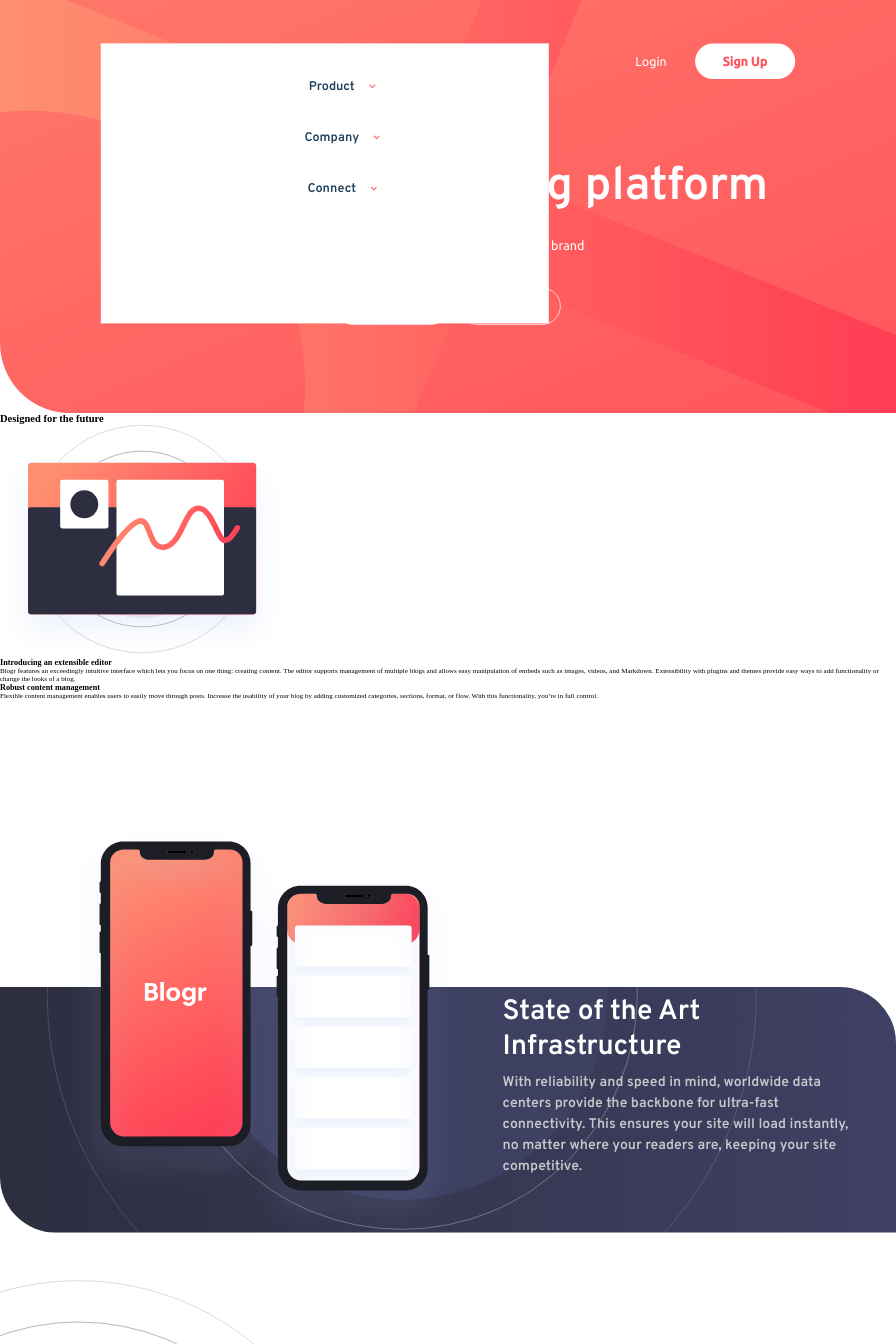
Repository: tomas938/tomaspage3
Page: index.html
The author's editor kept a copy of each file at every save. The page is drawn from the files as they stood at one save, then again after the next save.
The browser window is 1280 px wide. The pictures show the part of the page from y = 0 to 1920 px (the page is 3157 px tall), at 70% of full size.
The style sheet was rebuilt from its Sass, Less or Tailwind sources for each picture, by a compiler version that may differ from the author's.

Above is the page before, as saved 2021-07-30 17:12:35.

After the next save:
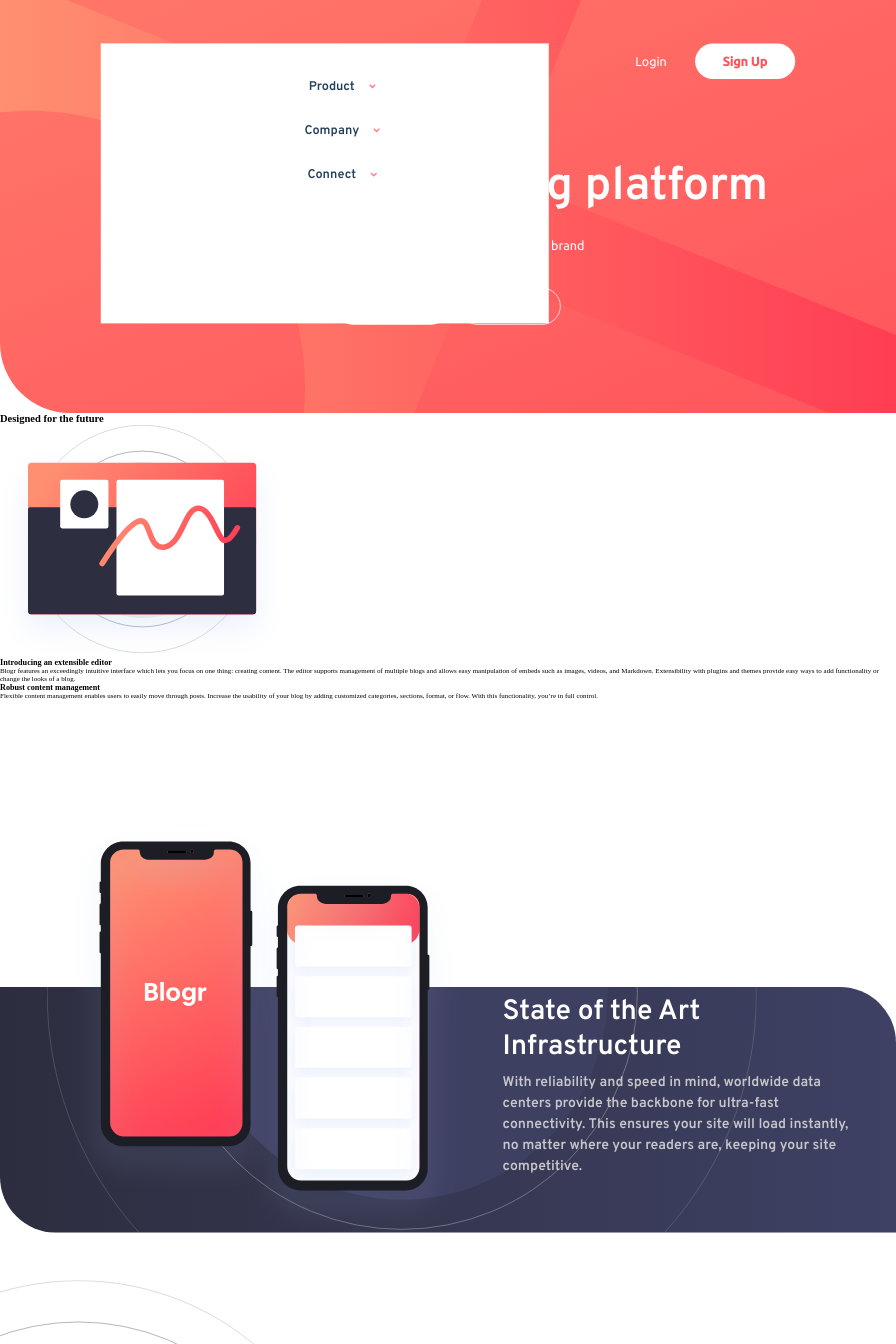
Saved 4 s later.
--- a/scss_partials/_intro.scss
+++ b/scss_partials/_intro.scss
@@ -77,7 +77,7 @@
 			ul {
 			}
 			li {
-				margin-bottom: 5rem;
+				margin-bottom: 4rem;
 				display: flex;
 				flex-direction: row;
 				align-items: center;
